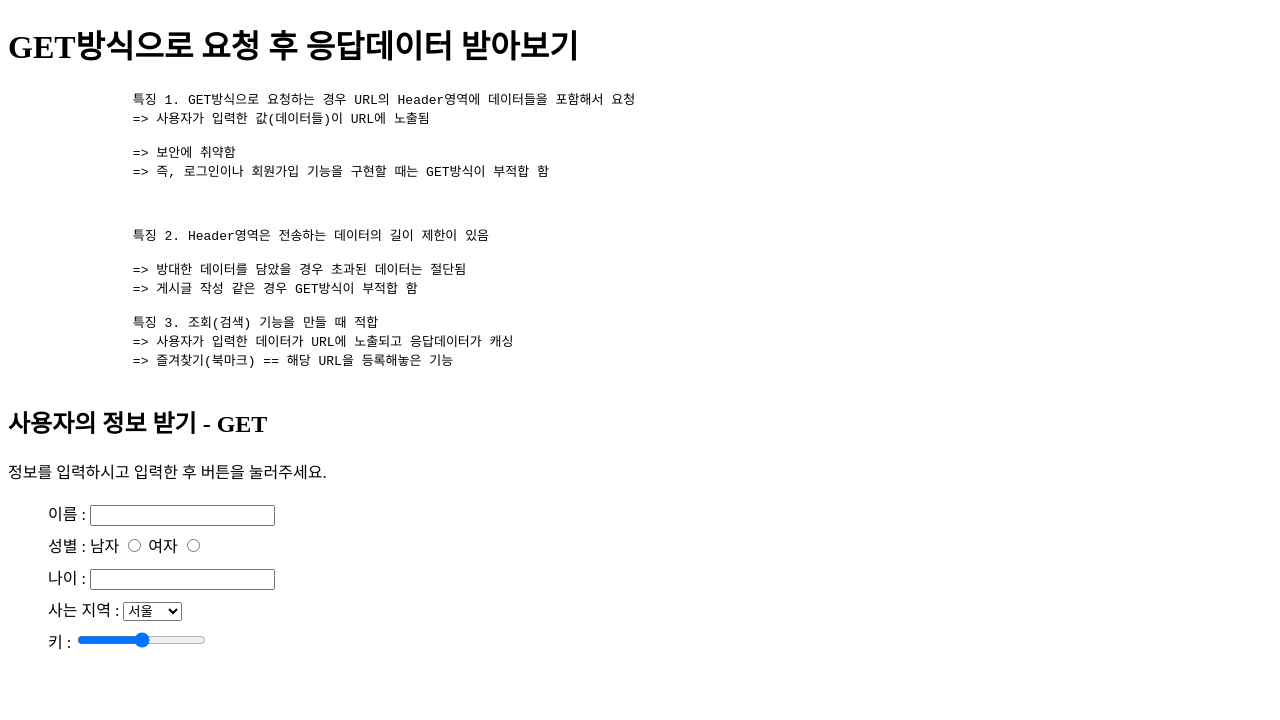
Repository: MiadongDeersfeet/webservice
Page: MyFirstWebProject/src/main/webapp/views/request_get.html
These files come from the project's save history. The page is drawn as it stood at one moment and after the next save; the edit follows.
The browser window is 1280 px wide. The pictures show the whole page.

Above is the page before, as saved 2025-09-22 08:12:55.

After the next save:
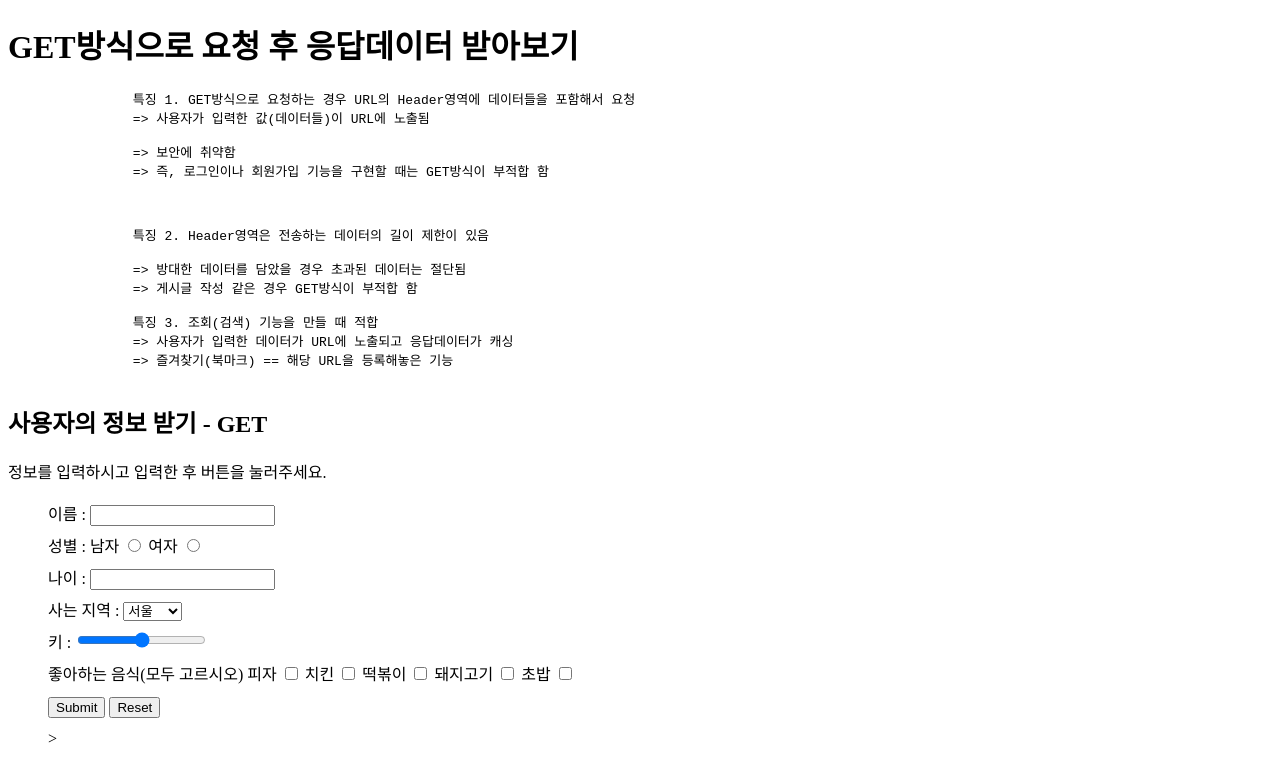
Saved 2 min 57 s later.
--- a/MyFirstWebProject/src/main/webapp/views/request_get.html
+++ b/MyFirstWebProject/src/main/webapp/views/request_get.html
@@ -52,12 +52,21 @@
 				</select>
 			</li>
 			<li>
-			키 : <input type="range" min="130" max="220" />
+				키 : <input type="range" min="130" max="220" />
 			</li>
+			<li>
+				좋아하는 음식(모두 고르시오)
+				피자 <input type="checkbox" />
+				치킨 <input type="checkbox" />
+				떡볶이 <input type="checkbox" />
+				돼지고기 <input type="checkbox" />
+				초밥 <input type="checkbox" />
+			</li>
+			<li>
+				<input type="submit" />
+				<input type="reset" />
+			</li>>
 		</ul>
-
-
-
 	</form>
 </body>
 </html>
